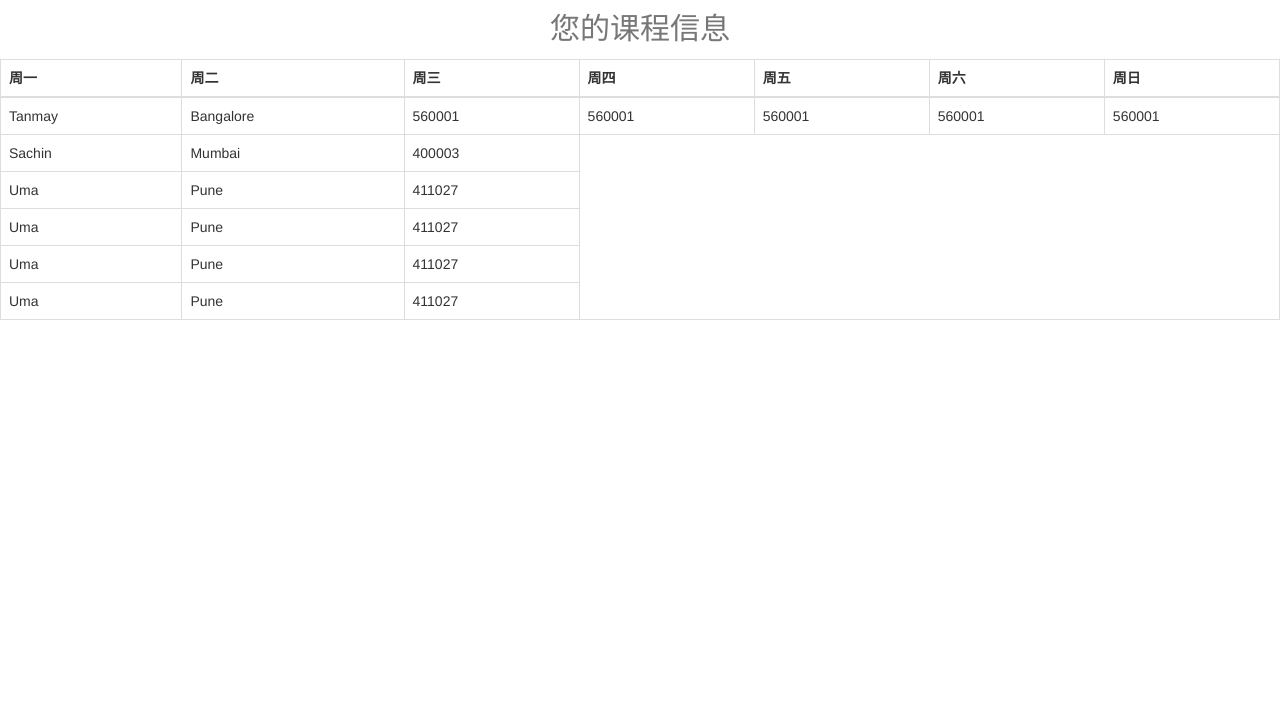
Repository: xu459898103/DBExperiment2017
Page: http://localhost/EA_System/iframe/teacher/jskb.jsp
An editor plug-in stored every save of this project. The page is shown before and after the next save, followed by the edit.
The browser window is 1280 px wide. The pictures show the whole page.
The page is served by Tomcat 9. Other server files are loaded and not shown.

Above is the page before, as saved 2017-12-16 11:52:22.

### EA System/WebContent/iframe/teacher/jskb.jsp
<%@ page language="java" contentType="text/html; charset=UTF-8"
	pageEncoding="UTF-8"%>
<!DOCTYPE html >
<html>
<head>
<meta http-equiv="Content-Type" content="text/html; charset=UTF-8">
<title>Insert title here</title>
<link rel="stylesheet"
	href="https://maxcdn.bootstrapcdn.com/bootstrap/3.3.7/css/bootstrap.min.css">
<script src="libs/bootstrap-3.3.7-dist/js/jquery-3.2.1.js"></script>
<script src="libs/bootstrap-3.3.7-dist/js/bootstrap.js"></script>
<style type="text/css">
#biaoge {
	margin: 200px;
	padding: 2px;
	text-align: center;
}

#title {
	text-align: center;
	font-size: 30px;
	font-family: verdana;
}
</style>
</head>
<body>
	<table class="table table-bordered">
		<caption id="title">您的课程信息</caption>
		<thead>
			<tr>
				<th>周一</th>
				<th>周二</th>
				<th>周三</th>
				<th>周四</th>
				<th>周五</th>
				<th>周六</th>
				<th>周日</th>
			</tr>
		</thead>
		<tbody>
			<tr>
				<td>Tanmay</td>
				<td>Bangalore</td>
				<td>560001</td>
				<td>560001</td>
				<td>560001</td>
				<td>560001</td>
				<td>560001</td>
			</tr>
			<tr>
				<td>Sachin</td>
				<td>Mumbai</td>
				<td>400003</td>
			</tr>
			<tr>
				<td>Uma</td>
				<td>Pune</td>
				<td>411027</td>
			</tr>
			<tr>
				<td>Uma</td>
				<td>Pune</td>
				<td>411027</td>
			</tr>
			<tr>
				<td>Uma</td>
				<td>Pune</td>
				<td>411027</td>
			</tr>
			<tr>
				<td>Uma</td>
				<td>Pune</td>
				<td>411027</td>
			</tr>
		</tbody>
	</table>
</body>
</html>

Loaded but not shown: EA System/WebContent/libs/bootstrap-3.3.7-dist/js/jquery-3.2.1.js (library); EA System/WebContent/libs/bootstrap-3.3.7-dist/js/bootstrap.js (library)

After the next save:
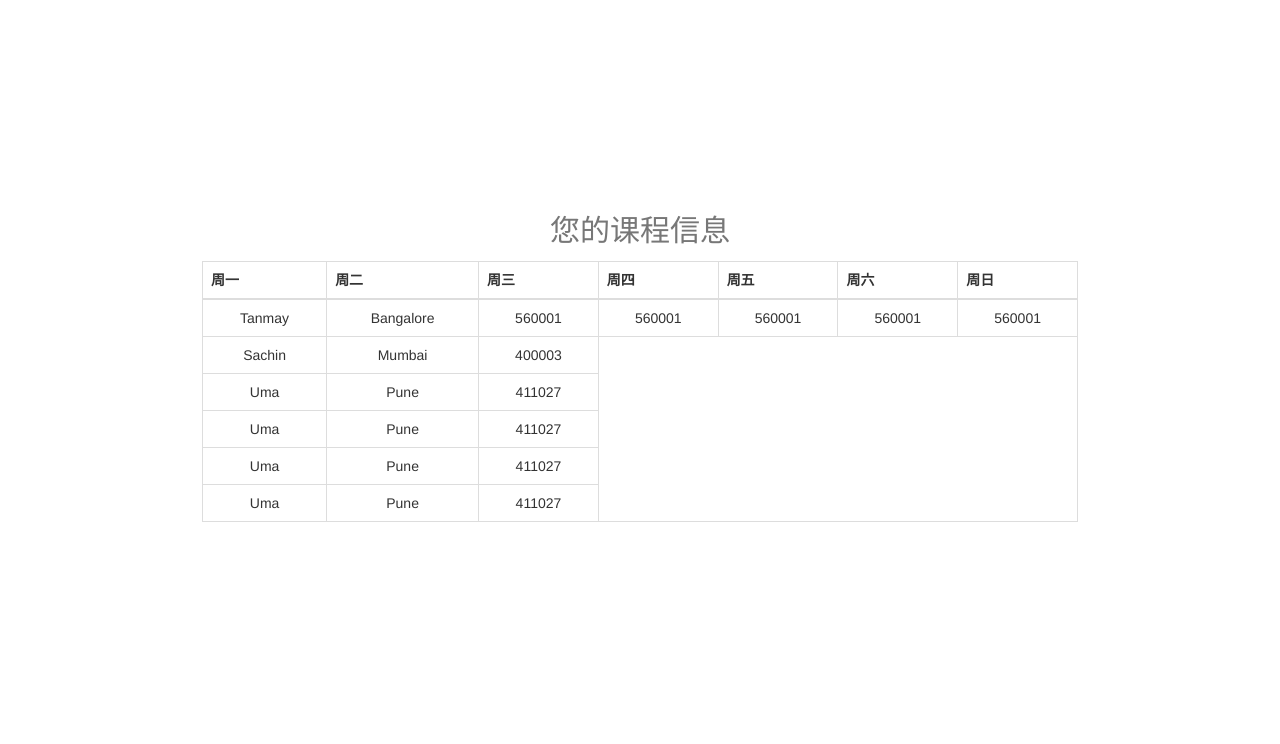
Saved 38 s later.
--- a/EA System/WebContent/iframe/teacher/jskb.jsp
+++ b/EA System/WebContent/iframe/teacher/jskb.jsp
@@ -24,6 +24,7 @@
 </style>
 </head>
 <body>
+<div id= "biaoge">
 	<table class="table table-bordered">
 		<caption id="title">您的课程信息</caption>
 		<thead>
@@ -74,5 +75,6 @@
 			</tr>
 		</tbody>
 	</table>
+	</div>
 </body>
 </html>
